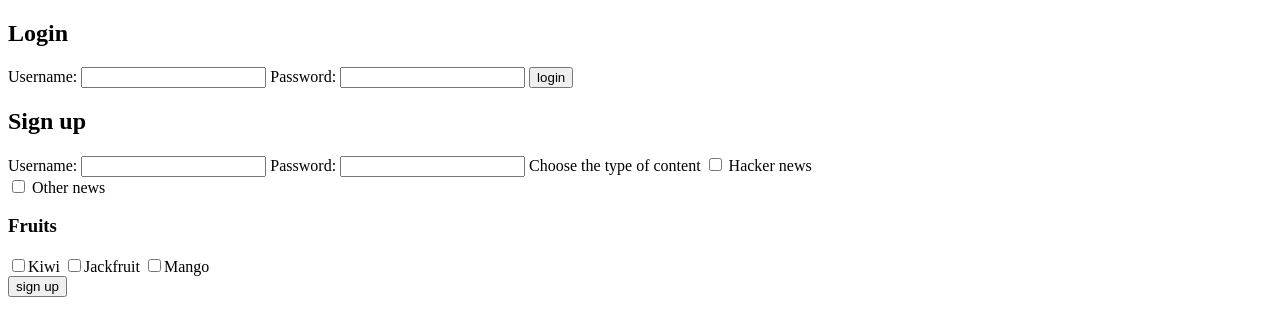
Repository: akshatmaheshwar/HackerNews-Clone
Page: http://localhost/HackerNews/login_page.jsp
The author's editor kept a copy of each file at every save. The page is drawn from the files as they stood at one save, then again after the next save.
The browser window is 1280 px wide. The pictures show the whole page.
The page is served by Tomcat 10. Other server files are loaded and not shown.

Above is the page before, as saved 2023-10-18 09:16:09.

### HackerNews/src/main/webapp/login_page.jsp
<%@ page language="java" contentType="text/html; charset=ISO-8859-1"
    pageEncoding="ISO-8859-1"%>
<!DOCTYPE html>
<html>
<head>
<meta charset="ISO-8859-1">
<title>Hacker News</title>
</head>
<body>
<h2>Login</h2>
<form action="accountservlet" method="post">
        Username: <input type="text" name="username" required>
        Password: <input type="password" name="password" required>
        <input type="submit" value="login">
    </form>

<h2>Sign up</h2>
<form action="signupservlet" method="post">
        Username: <input type="text" name="username" required>
        Password: <input type="password" name="password" required>
        Choose the type of content
          <input type="checkbox" class="radio" id="contenttype" name="hackernews" value="1">
		  <label for="hackernews"> Hacker news</label><br>
		  <input type="checkbox" class="radio" id="contenttype" name="othernews" value="1">
		  <label for="othernews"> Other news</label><br>
		  <div>
		  <h3>Fruits</h3>
		  <label>
		    <input type="checkbox" class="radio" value="1" name="fooby[1][]" />Kiwi</label>
		  <label>
		    <input type="checkbox" class="radio" value="1" name="fooby[1][]" />Jackfruit</label>
		  <label>
		    <input type="checkbox" class="radio" value="1" name="fooby[1][]" />Mango</label>
		</div>
        <input type="submit" value="sign up">
    </form>
</body>
</html>

After the next save:
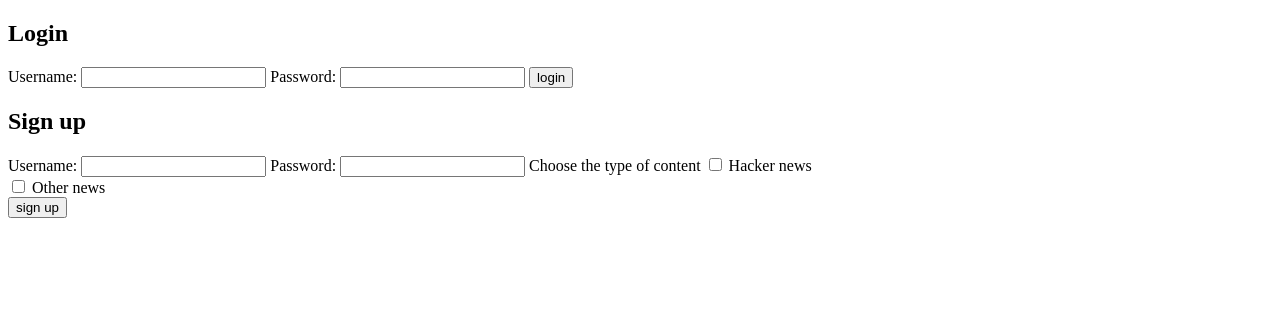
Saved 2 min 44 s later.
--- a/HackerNews/src/main/webapp/login_page.jsp
+++ b/HackerNews/src/main/webapp/login_page.jsp
@@ -15,23 +15,14 @@
     </form>
 
 <h2>Sign up</h2>
-<form action="signupservlet" method="post">
+<form action="signupservlet" method="get">
         Username: <input type="text" name="username" required>
         Password: <input type="password" name="password" required>
         Choose the type of content
-          <input type="checkbox" class="radio" id="contenttype" name="hackernews" value="1">
+          <input type="checkbox" id="contenttype" name="hackernews" value="1">
 		  <label for="hackernews"> Hacker news</label><br>
-		  <input type="checkbox" class="radio" id="contenttype" name="othernews" value="1">
+		  <input type="checkbox" id="contenttype" name="othernews" value="1">
 		  <label for="othernews"> Other news</label><br>
-		  <div>
-		  <h3>Fruits</h3>
-		  <label>
-		    <input type="checkbox" class="radio" value="1" name="fooby[1][]" />Kiwi</label>
-		  <label>
-		    <input type="checkbox" class="radio" value="1" name="fooby[1][]" />Jackfruit</label>
-		  <label>
-		    <input type="checkbox" class="radio" value="1" name="fooby[1][]" />Mango</label>
-		</div>
         <input type="submit" value="sign up">
     </form>
 </body>
